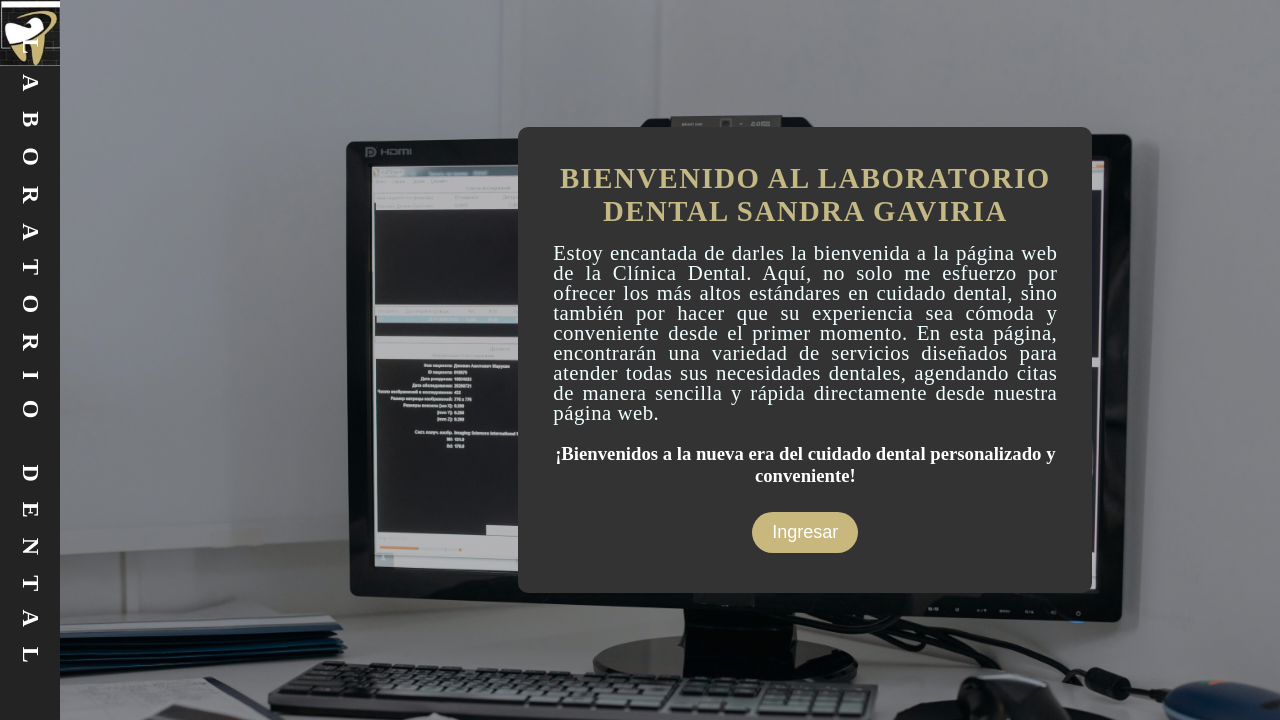
Repository: IIntef/ProyectoDental2.0
Page: Proyecto/Proyecto/Fer.html
An editor plug-in stored every save of this project. The page is shown before and after the next save, followed by the edit.
The browser window is 1280 px wide. The pictures show the whole page.

Above is the page before, as saved 2024-06-18 14:08:22.

### Proyecto/Proyecto/Fer.html
<!DOCTYPE html>
<html lang="en">
<head>
    <meta charset="UTF-8">
    <meta name="viewport" content="width=device-width, initial-scale=1.0">
    <title>Inicio</title>
    <link rel="stylesheet" href="StyleFer.css">
</head>
<body>
    <header>
        <img src="Logo.jpeg" alt="Logo Laboratorio Dental">
        <h1>LABORATORIO DENTAL</h1>
    </header>
    <main>
        <div class="container">
        <h2>BIENVENIDO AL LABORATORIO DENTAL SANDRA GAVIRIA</h2>
        <P>Estoy encantada de darles la bienvenida a la página web de la Clínica Dental. Aquí, no solo me esfuerzo por ofrecer los más altos estándares
        en cuidado dental, sino también por hacer que su experiencia sea cómoda y conveniente desde el primer momento.
        En esta página, encontrarán una variedad de servicios diseñados para atender todas sus necesidades dentales, agendando citas de manera sencilla y rápida directamente desde nuestra página web. </P>
        <h3>¡Bienvenidos a la nueva era del cuidado dental personalizado y conveniente!</h3>
        <div class="buttons">
        <button id="Ingresar">Ingresar</button>
        </div>
    </div>
    </main>
</body>
</html>

### Proyecto/Proyecto/StyleFer.css
header{
    position: relative;
    background-color: #232323;
    width: fit-content;
    height: 100vh;
    display: flex;
    flex-direction: column;
    align-items: center;
    justify-content: space-between;
    z-index: 1;
}

header h1 {
        /* Estilos para ocupar todo el espacio */
        position: absolute;
        top: 0;
        bottom: 0;
        left: 0;
        right: 0;
        margin: 27%;


        /* Estilos para texto vertical */
        writing-mode: vertical-rl;
        letter-spacing: 20px;
        font-size: clamp(1rem, 2.5vw, 1.5rem);
        transform: rotate(0deg);

        /* Otros estilos */
        color: #fff;
        font-weight: bold;
    }


header img {
    width: 8vw;
    max-width: 60px;
}

main{
    width: 100%;
    justify-content:center;
    align-items: center;
    margin-left: calc(55% - 6.5cm);
}

.container{
    flex: 1;
    background-color: #333;
    color: #ffffff;
    padding: 35px;
    text-align: center;
    width: 70vw;
    max-width: 70vh;
    border-radius: 10px;
}
body {
    padding: 0;
    margin: 0;
    font-family: 'Times New Roman', Times, serif, Helvetica, Arial, sans-serif;
    display: flex;
    align-items: center;
    min-height: 100%;
    background: linear-gradient(rgba(5,7,12,0.3), rgba(5,7,12,0.3)), url("Fondo.jpg"), no-repeat center center fixed;
    width: 100%;
    background-size: cover;
}

h1{
    margin: 0;
    color: white;
    font-family: 'Fredoka One';
    letter-spacing: 1.5px;
    font-size: clamp(1.5rem, 2.5vw, 2rem);
    text-align: center;
}

h2{
    margin: 0;
    color: #c4b884;
    font-family: 'Fredoka One';
    letter-spacing: 1.5px;
    font-size: clamp(1.2rem, 2.5vw, 1.8rem);
    text-align:center;
}

h3{
    color: #ffffff;
}

p{
    font-weight: 100;
    line-height: 20px;
    letter-spacing: 0.5px;
    margin: 15px 0 20px;
    font-size: clamp(1.2rem, 2.5vw, 1.3rem);
    text-align: justify;
    color:azure;
}


.buttons {
    margin-top: 20px;
    align-items: center;
}

button {
    font-size: large;
    background-color: #c8b87d;
    color: #ffffff;
    border: none;
    padding: 10px 20px;
    margin: 5px;
    cursor: pointer;
    border-radius: 30px; /* Bordes redondos */
    transition: background-color 0.3s; /* Transición suave del color de fondo */
}

button:hover {
    background-color: #c4b884; /* Cambia el color al pasar el cursor */
}

After the next save:
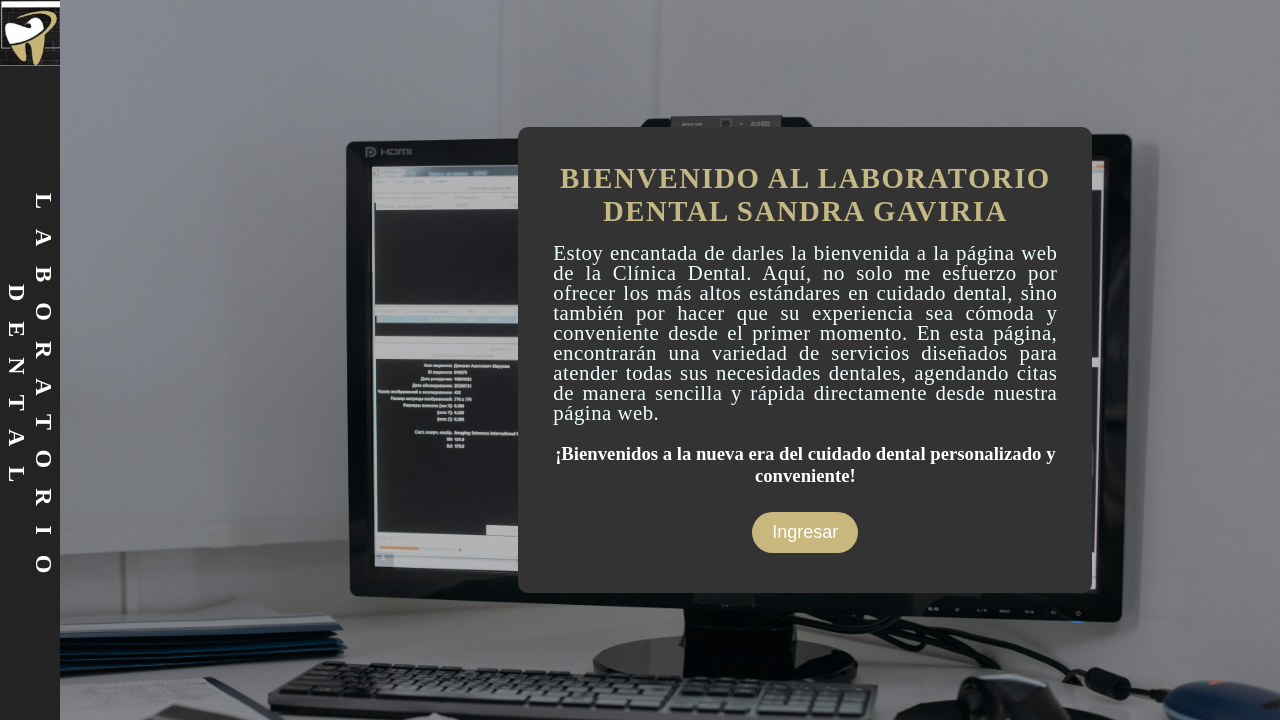
Saved 106 s later.
--- a/Proyecto/Proyecto/StyleFer.css
+++ b/Proyecto/Proyecto/StyleFer.css
@@ -11,22 +11,15 @@
 }
 
 header h1 {
-        /* Estilos para ocupar todo el espacio */
-        position: absolute;
         top: 0;
         bottom: 0;
         left: 0;
         right: 0;
         margin: 27%;
-
-
-        /* Estilos para texto vertical */
         writing-mode: vertical-rl;
         letter-spacing: 20px;
         font-size: clamp(1rem, 2.5vw, 1.5rem);
         transform: rotate(0deg);
-
-        /* Otros estilos */
         color: #fff;
         font-weight: bold;
     }

After the save that followed:
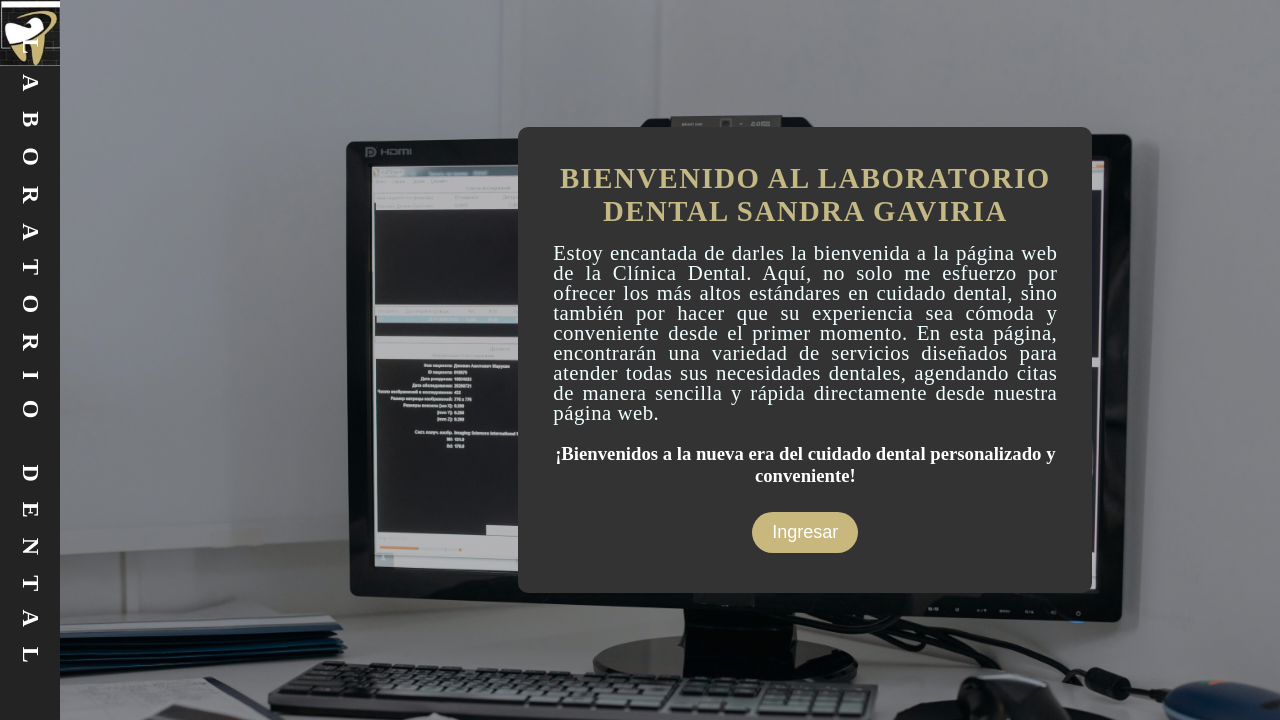
Saved 74 s later.
--- a/Proyecto/Proyecto/StyleFer.css
+++ b/Proyecto/Proyecto/StyleFer.css
@@ -11,6 +11,7 @@
 }
 
 header h1 {
+        position: absolute;
         top: 0;
         bottom: 0;
         left: 0;
@@ -21,7 +22,7 @@
         font-size: clamp(1rem, 2.5vw, 1.5rem);
         transform: rotate(0deg);
         color: #fff;
-        font-weight: bold;
+        font-weight;
     }
 
 
